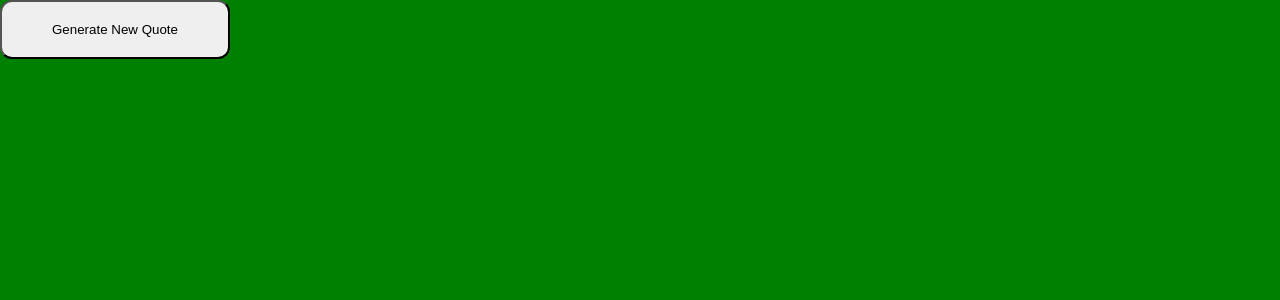
Repository: cakuang1/kanyequotes
Page: /
An editor plug-in stored every save of this project. The page is shown before and after the next save, followed by the edit.
The browser window is 1280 px wide. The pictures show the whole page.
The page's requests for data from a server got no answer. The project was rebuilt for these pictures with package versions that can differ from the ones it lists, and the page was loaded fresh each time. No one was signed in, and anything a server would have sent is missing.

Above is the page before, as saved 2022-07-17 19:43:04.

After the next save:
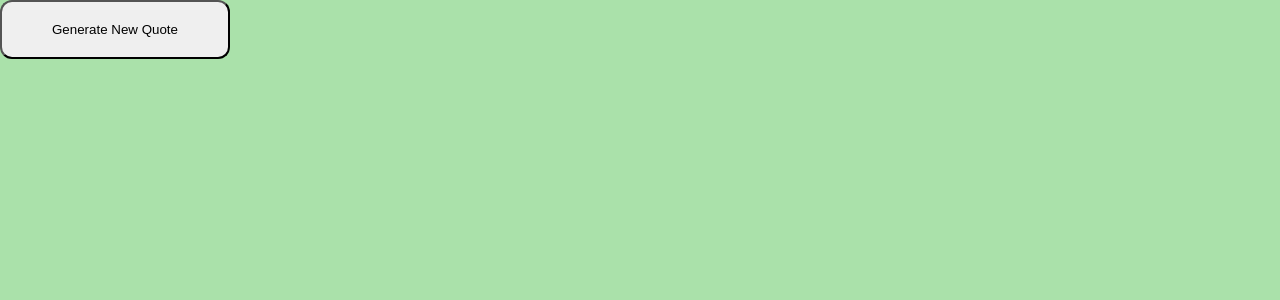
Saved 5 s later.
--- a/src/index.css
+++ b/src/index.css
@@ -6,7 +6,7 @@
 
 body {
 
-    background-color: green;
+    background-color: rgb(170, 225, 170);
 }
 
 
